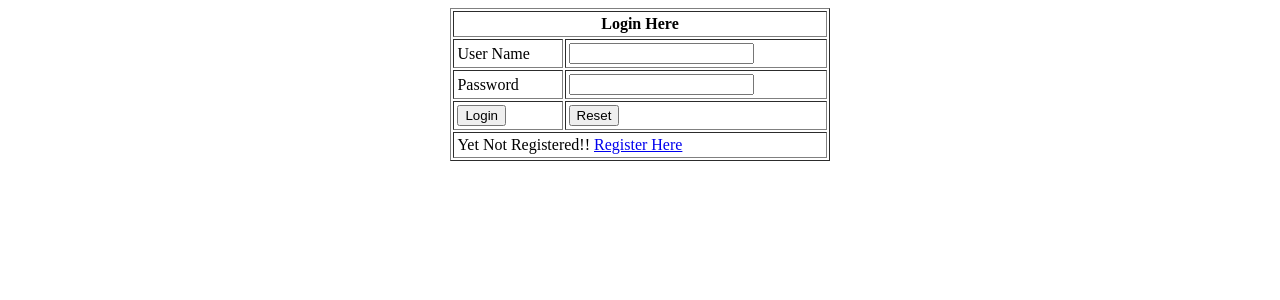
Repository: balu-sadanandan/demoProject
Page: http://localhost/emp_database/login2.jsp
An editor plug-in stored every save of this project. The page is shown before and after the next save, followed by the edit.
The browser window is 1280 px wide. The pictures show the whole page.
The page is served by Tomcat 9.

Above is the page before, as saved 2017-09-06 10:53:15.

After the next save:
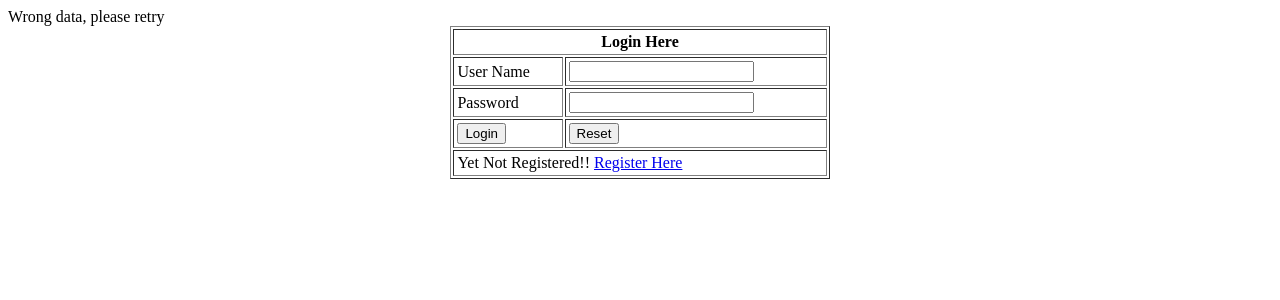
Saved 2 min 27 s later.
--- a/emp_database/WebContent/login2.jsp
+++ b/emp_database/WebContent/login2.jsp
@@ -6,6 +6,9 @@
         <title>JSP Example</title>
     </head>
     <body>
+    	 <tr>
+                        <td colspan="2">Wrong data, please retry</td>
+                    </tr>
         <form method="post" action="login">
             <center>
             <table border="1" width="30%" cellpadding="3">
